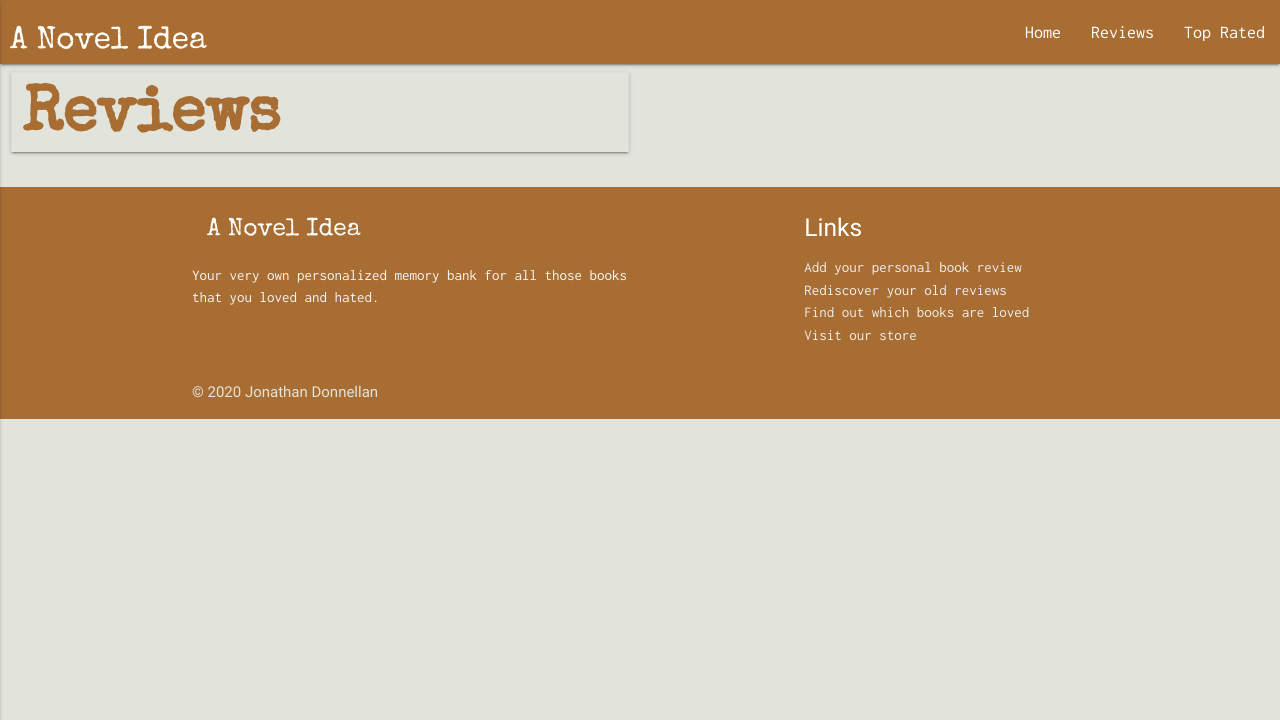
Repository: johnny-don/a-novel-idea
Page: http://localhost/
The author's editor kept a record of every edit. The page is drawn from the files as they stood at one moment, then again after the next edit.
The browser window is 1280 px wide. The pictures show the whole page.
Some web libraries are served in a nearby version. The page is served by the project's application, run on Flask 3 (app.py). Queries for data that is not in the repository find no rows.

Above is the page before.

### templates/reviews.html
{% extends 'base.html' %} {% block content %}
<div class="row">
<div class="col s6">
<ul class="collapsible" data-collapsible="accordian">
    <h1 class="headline">Reviews</h1>
    {% for review in reviews %}
    <li>
        <div class="collapsible-header">

            <div class="col s8">
                <i class="material-icons">expand_more</i>
                <i class="material-icons prefix text-font icons">title</i>{{review.title.upper()}}  <i class="material-icons prefix text-font icons">perm_identity</i>
                <strong>  {{review.author}}</strong>
                <i class="material-icons prefix text-font icons">event_seat</i> <em>{{review.genre}}</em>
                <i class="material-icons prefix text-font icons">grade</i> {{review.rating}}
                </div>
                <div class="col s4">
                <a href="{{url_for('edit_review', review_id=review._id)}}" class="waves-effect waves-light btn-small text-font icons">Edit</a>
                <a href="{{url_for('delete_review', review_id=review._id)}}" class="waves-effect waves-light btn-small text-font icons">Delete</a>
            </div>
            </div>

        <div class="collapsible-body">
            <span class="text-font">{{review.review}}</span>
        </div>

    </li>


    {% endfor %}
    </div>
</ul>
 </div>
 </div>

{% endblock %}

### templates/base.html
<!DOCTYPE html>
<html lang="en">

<head>
    <meta charset="UTF-8">
    <meta name="viewport" content="width=device-width, initial-scale=1.0">
    <meta http-equiv="X-UA-Compatible" content="ie=edge">
    <link rel="stylesheet" href="{{url_for('static', filename='css/style.css')}}" type="text/css"/>
    <link href="https://fonts.googleapis.com/icon?family=Material+Icons" rel="stylesheet">
    <link rel="stylesheet" href="https://cdnjs.cloudflare.com/ajax/libs/materialize/0.100.2/css/materialize.min.css">
    <link href="https://fonts.googleapis.com/css?family=Special+Elite&display=swap" rel="stylesheet">


    <title>A Novel Idea</title>
</head>

<body>
      <header>
        <nav class="nav-foot">
            <div class="nav-wrapper">
                <a href="{{url_for('add_review')}}" class=" brand brand-logo">A Novel Idea</a>
                <a href="#" data-activates="mobile-demo" class="button-collapse"><i class="material-icons">menu</i></a>
                <ul id="nav-mobile" class="right hide-on-med-and-down">
                    <li><a href="{{url_for('add_review')}}" class="text-font menu-link">Home</a></li>
                    <li><a href="{{url_for('get_reviews')}}" class="text-font menu-link">Reviews</a></li>
                    <li><a href="{{url_for('top_rated')}}" class="text-font menu-link">Top Rated</a></li>
                </ul>
                <ul class="side-nav" id="mobile-demo">
                     <li><a href="{{url_for('add_review')}}" class="text-font">Home</a></li>
                    <li><a href="{{url_for('get_reviews')}}" class="text-font">Reviews</a></li>
                    <li><a href="{{url_for('top_rated')}}" class="text-font">Top Rated</a></li>
                </ul>
            </div>
        </nav>
    </header>

    {% block content %}
    {% endblock %}


    <footer class="footer nav-foot">
          <div class="container">
            <div class="row">
              <div class="col l6 s12">
                <h5 class="white-text brand">A Novel Idea</h5>
                <p class="grey-text text-lighten-4 text-font">Your very own personalized memory bank for all those books that you loved and hated. </p>
              </div>
              <div class="col l4 offset-l2 s12">
                <h5 class="white-text">Links</h5>
                <ul>

                  <li><a class="grey-text text-lighten-3 text-font" href="{{url_for('add_review')}}">Add your personal book review</a></li>
                  <li><a class="grey-text text-lighten-3 text-font" href="{{url_for('get_reviews')}}">Rediscover your old reviews</a></li>
                  <li><a class="grey-text text-lighten-3 text-font" href="{{url_for('top_rated')}}">Find out which books are loved</a></li>
                  <li><a class="grey-text text-lighten-3 text-font" href="https://last-bookshop.business.site/">Visit our store</a></li>

                </ul>
              </div>
            </div>
          </div>
          <div class="footer-copyright">
            <div class="container">
            © 2020 Jonathan Donnellan

            </div>
          </div>
        </footer>








    <script src="https://cdnjs.cloudflare.com/ajax/libs/jquery/3.2.1/jquery.min.js"></script>
    <script src="https://cdnjs.cloudflare.com/ajax/libs/materialize/0.100.2/js/materialize.min.js"></script>
    <script type="text/javascript">
        $(document).ready(function() {
            $('.collapsible').collapsible();
            $(".button-collapse").sideNav();
            $('.slider').slider();
        });
    </script>
</body>

</html>

### app.py
import os
from flask import Flask, render_template, redirect, request, url_for, request
from flask_pymongo import PyMongo
from bson.objectid import ObjectId


app = Flask(__name__)
app.config["MONGO_DBNAME"] = 'novel_idea'
app.config["MONGO_URI"] = 'mongodb+srv://johnny_don:2gardensmon@cluster0-kzp63.mongodb.net/novel_idea?retryWrites=true&w=majority'


mongo = PyMongo(app)


@app.route('/')


@app.route('/get_reviews')
def get_reviews():
    return render_template("reviews.html", reviews=mongo.db.info.find())

@app.route('/add_review')
def add_review():
    return render_template('addreview.html')

@app.route('/submit_review', methods=['POST'])
def submit_review():
    info = mongo.db.info
    info.insert_one(request.form.to_dict())
    return redirect(url_for('get_reviews'))

@app.route('/edit_review/<review_id>')
def edit_review(review_id):
    the_review = mongo.db.info.find_one({"_id": ObjectId(review_id)})
    return render_template('editreview.html', review=the_review)


@app.route('/update_review/<review_id>', methods=["POST"])
def update_review(review_id):
    reviews=mongo.db.info
    reviews.update( {'_id': ObjectId(review_id)},
    {
        'title':request.form.get('title'),
        'author':request.form.get('author'),
        'genre':request.form.get('genre'),
        'rating':int(request.form.get('rating')),
        'review':request.form.get('review')
    })

    return redirect(url_for('get_reviews'))

@app.route('/delete_review/<review_id>')
def delete_review(review_id):
    mongo.db.info.remove({'_id': ObjectId(review_id)})
    return redirect(url_for('get_reviews'))



@app.route('/top_rated')
def top_rated():
    return render_template("toprated.html", ratings=mongo.db.info.find().sort("rating", -1))





if __name__ == '__main__':
    app.run(host=os.environ.get('IP'),
            port=int(os.environ.get('PORT')),
            debug=True)

### static/css/style.css
@import url('https://fonts.googleapis.com/css?family=Special+Elite&display=swap');
@import url('https://fonts.googleapis.com/css?family=Inconsolata&display=swap');
@import url('https://fonts.googleapis.com/css?family=Inconsolata&display=swap');

/* buttons */

body {
        background-color: #e2e3da;
}


.btn-small {
    margin-left: 15px;
    margin-top: 10px;
    margin-bottom: 10px;
    margin-right: 10px;
    padding: 5px;
    background-color: #a86d32;
    color: white;
    font-family: 'Inconsolata', monospace;
}

/* fonts */

.brand {
   font-family: 'Special Elite', cursive;
   margin-left: 30px;
   padding: 5px;
}

.headline {
   font-family: 'Special Elite', cursive;
    font-weight: bold;
    color: #a86d32;
    margin: 10px;
}


.text-font {
    font-family: 'Inconsolata', monospace;
}

/* navbar */

.brand {
   font-family: 'Special Elite', cursive;
   margin: 10px;
   padding: 5px;
}

.menu-link {
    font-size: larger;

}

.side-nav {
   background-color: #a86d32;
}

.nav-foot {

    background-color: #a86d32;
}

/* footer */

.footer {
    padding-top: 15px;
    padding-bottom: 15px;
    color: #e2e3da;
    background-color: #a86d32;
}

/* icons */

.material-icons {
    margin: 10px;

}

/* image slider */

.slider-text {
    font-family: 'Inconsolata', monospace;
    color: #e2e3da;
    font-weight: bolder;

}

.icons {
    margin: 10px;

}



.sections {
    margin-top: 30px;
    margin-bottom: 30px;
}

.review-section {
    background-color: #e2e3da;

}

After the next edit:
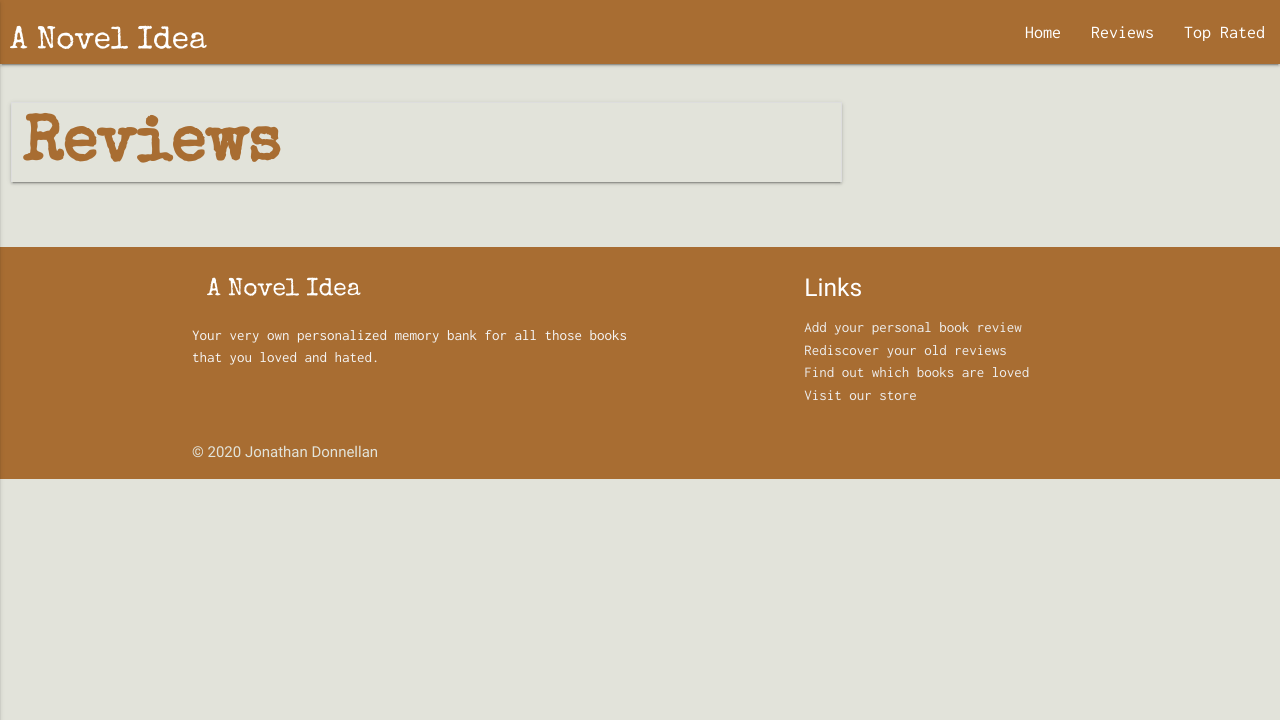
The edit:
--- a/templates/reviews.html
+++ b/templates/reviews.html
@@ -1,6 +1,6 @@
 {% extends 'base.html' %} {% block content %}
 <div class="row">
-<div class="col s6">
+<div class="col s8 sections">
 <ul class="collapsible" data-collapsible="accordian">
     <h1 class="headline">Reviews</h1>
     {% for review in reviews %}
